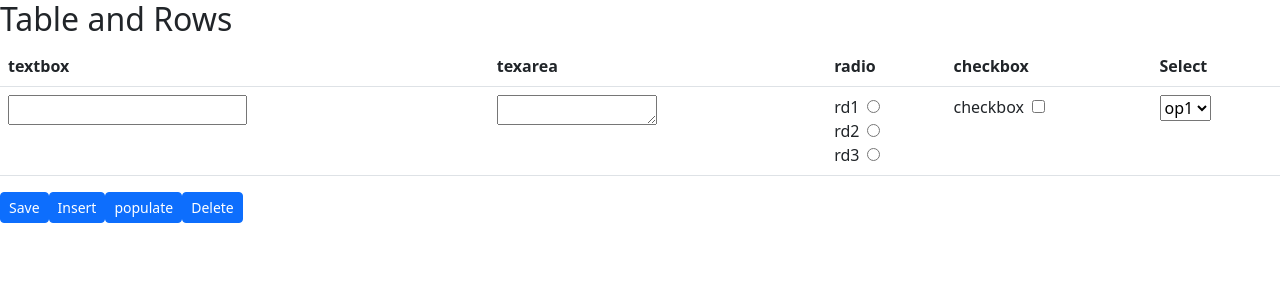
Repository: ishanbassi/iotasol-assignments
Page: /iotasol/work-8
These files come from the project's save history. The page is drawn as it stood at one moment and after the next save; the edit follows.
The browser window is 1280 px wide. The pictures show the whole page.
The project was rebuilt for these pictures with package versions that can differ from the ones it lists, and the page was loaded fresh each time. Some packages were replaced by stand-ins written for this rebuild. The framework's server and built-in components were replaced by stand-ins that run in the browser.

Above is the page before, as saved 2022-11-09 17:35:12.

### pages/_app.tsx
import "../styles/global.css"
import 'bootstrap/dist/css/bootstrap.min.css';
export default function App({Component,ComponentProps}){
    return(
        <Component {...ComponentProps}/>
    )
}

### pages/iotasol/work-8.tsx
import { Table, Button } from "react-bootstrap"
import { useState } from "react"
export default function App() {
    const [count, setCount] = useState(1)
    return (
        <>
            <h2>Table and Rows</h2>
            <Table>
                <thead>
                    <tr>
                        <th>textbox</th>
                        <th>texarea</th>
                        <th>radio</th>
                        <th>checkbox</th>
                        <th>Select</th>
                    </tr>
                </thead>
                <tbody>
                    <tr>
                        <td>
                            <input type="text" name="small" id="small" />
                        </td>
                        <td>
                            <textarea name="details" id="details" cols={15} rows={1}></textarea>
                        </td>
                        <td>
                            <div>
                                <label htmlFor="rd1">rd1</label>
                                <input type="radio" name="rd" id="rd1" value="rd1" />
                            </div>
                            <div>
                                <label htmlFor="rd2">rd2</label>
                                <input type="radio" name="rd" id="rd2" value="rd2" />
                            </div>
                            <div>
                                <label htmlFor="rd3">rd3</label>
                                <input type="radio" name="rd" id="rd3" value="rd3" />
                            </div>
                        </td>
                        <td>
                            <label htmlFor="check">checkbox</label>
                            <input type="checkbox" name="check" id="check" />
                        </td>
                        <td>
                            <select name="select" id="select">
                                <option value="op1">op1</option>
                                <option value="op2">op2</option>
                                <option value="op3">op3</option>
                            </select>
                        </td>
                    </tr>
                </tbody>
            </Table>
            <div>
                <Button  variant="primary" size="sm" type="button" name="save">Save</Button>
                <Button variant="primary" size="sm"  type="button" name="insert">Insert</Button>
                <Button  variant="primary" size="sm" type="button" name="populate">populate</Button>
                <Button  variant="primary" size="sm" type="button" name="delete">Delete</Button>
            </div>
            <style jsx>{`
                    label{
                        padding-right:.5em;
                    }


                `}

            </style>
        </>
    )
}

### styles/global.css
ol{
    list-style-position: inside;
}
button{
    margin-right: 2em;
}

After the next save:
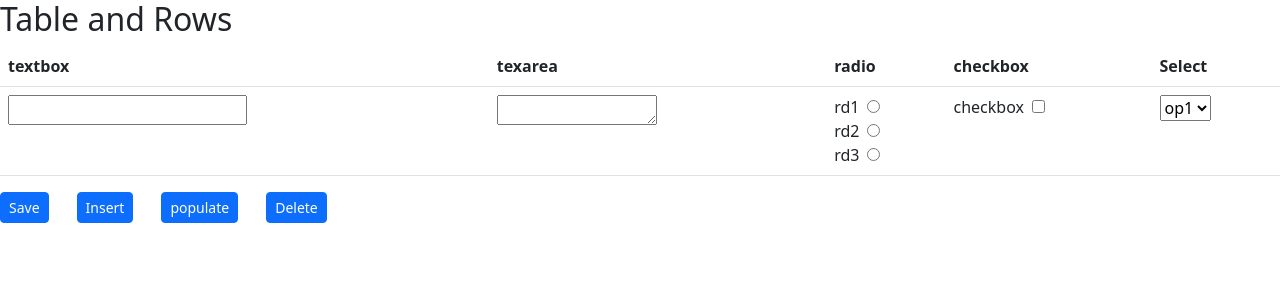
Saved 23 s later.
--- a/styles/global.css
+++ b/styles/global.css
@@ -2,5 +2,5 @@
     list-style-position: inside;
 }
 button{
-    margin-right: 2em;
+    margin-right: 2em !important;
 }

After the save that followed:
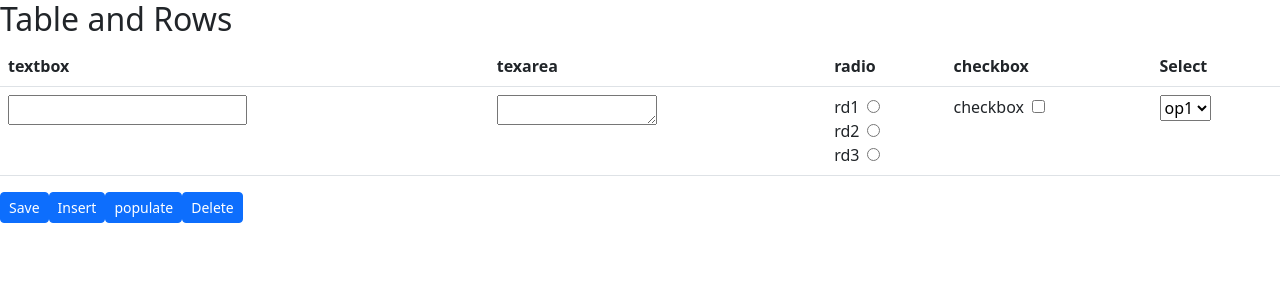
Saved 13 s later.
--- a/styles/global.css
+++ b/styles/global.css
@@ -1,6 +1,3 @@
 ol{
     list-style-position: inside;
 }
-button{
-    margin-right: 2em !important;
-}
